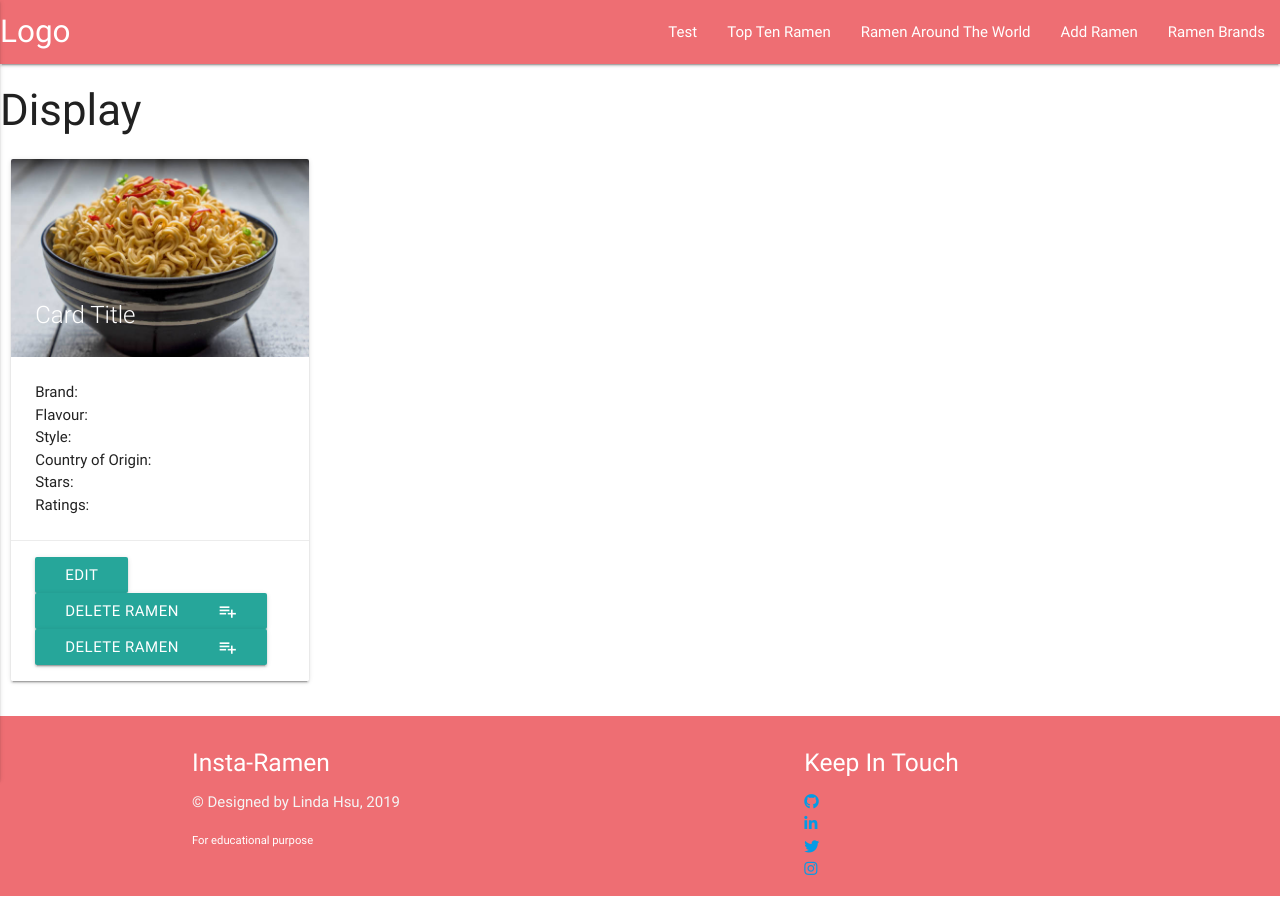
Repository: Paddlepop25/codeinstitute-insta-ramen
Page: templates/display_ramen.html
The author's editor kept a record of every edit. The page is drawn from the files as they stood at one moment, then again after the next edit.
The browser window is 1280 px wide. The pictures show the whole page.
Some web libraries are served in a nearby version. The page is served by the project's application, run on Flask 3 (app.py). The template is opened directly, without the code that normally fills it, so the values that code supplies are empty.

Above is the page before.

After the next edit:
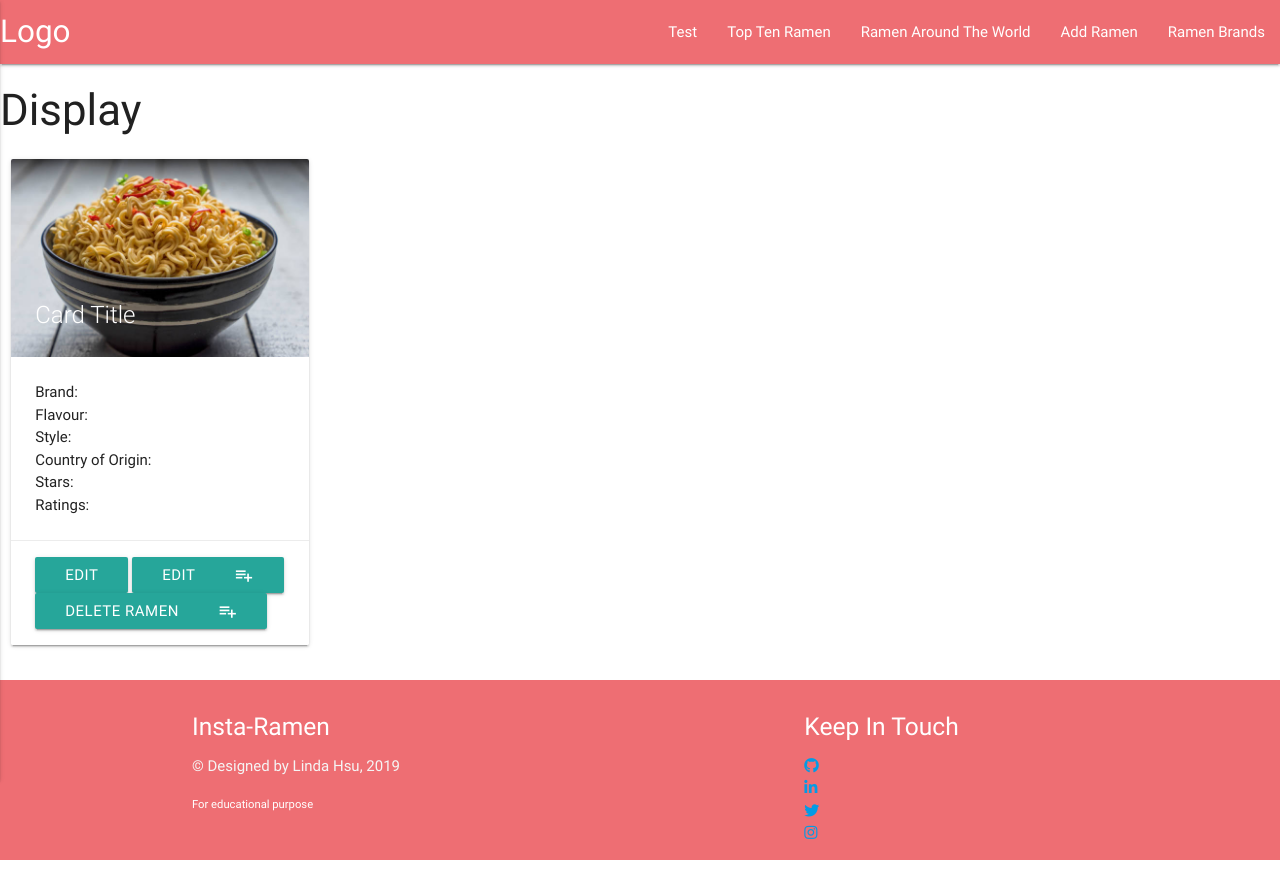
The edit:
--- a/templates/display_ramen.html
+++ b/templates/display_ramen.html
@@ -21,7 +21,7 @@
         <a href="{{url_for('edit_ramen', ramen_id=ramen._id)}}" class="waves-effect waves-light btn">Edit</a>
         <!--<a href="{{url_for('delete_ramen', ramen_id=ramen._id)}}" class="waves-effect waves-light btn"><i class="material-icons right">playlist_add</i> Delete</a>-->
 
-        <button class="btn waves-effect waves-light" type="submit" name="action">Delete ramen
+        <button class="btn waves-effect waves-light" type="submit" name="action">Edit
         <a href="{{url_for('delete_ramen', ramen_id=ramen._id)}}"></a>
         <i class="material-icons right">playlist_add</i>
       </button>
